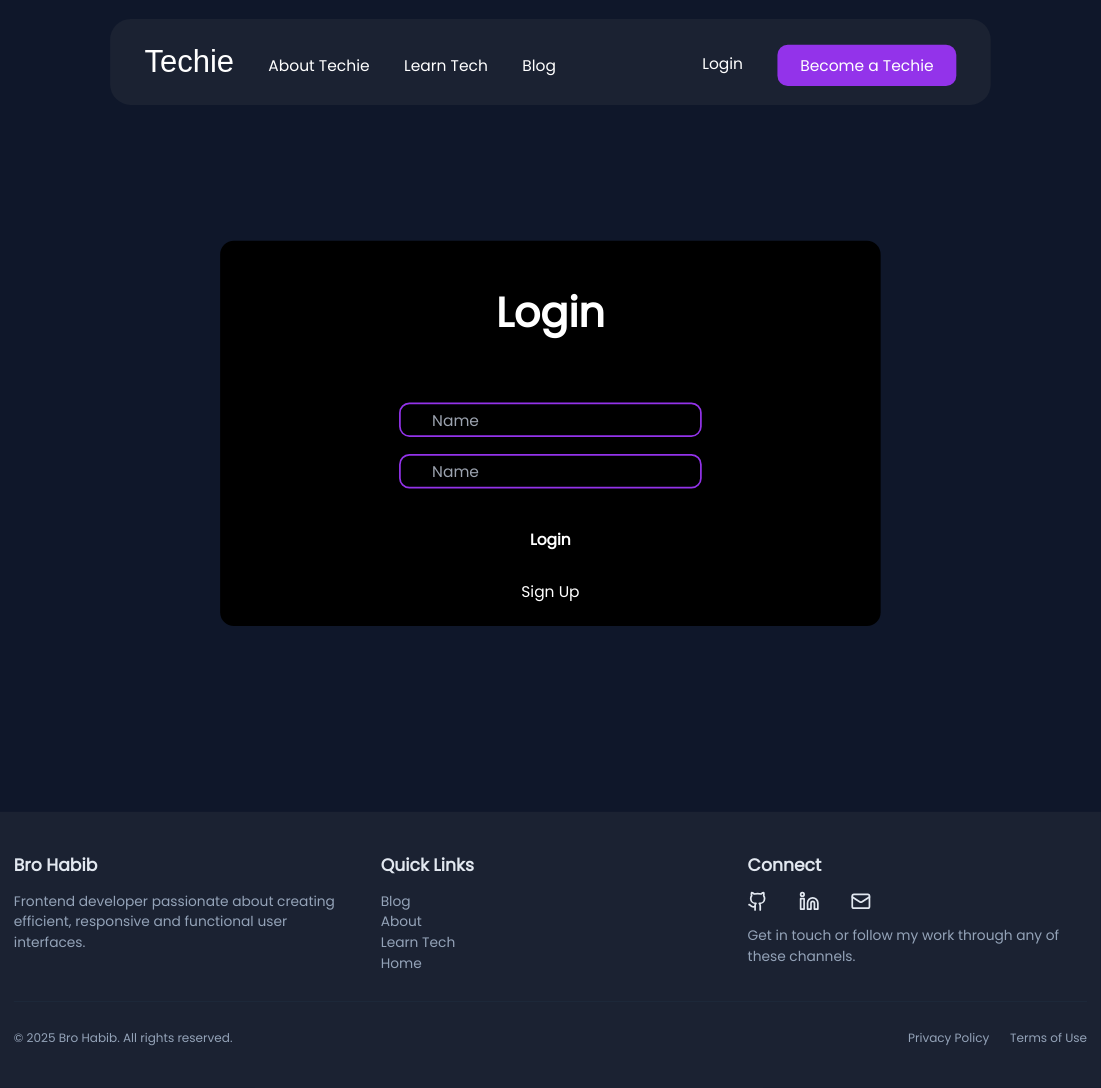
Repository: asadullah48/data-fetch
Page: /login
These files come from the project's save history. The page is drawn as it stood at one moment and after the next save; the edit follows.
The browser window is 1280 px wide. The pictures show the whole page, at 86% of full size.
Some web fonts or font styles are not loaded; a fallback is used. The project was rebuilt for these pictures with package versions that can differ from the ones it lists, and the page was loaded fresh each time. The framework's server and built-in components were replaced by stand-ins that run in the browser. Also part of the build but not shown: next.config.mjs.

Above is the page before, as saved 2025-01-15 12:56:13.

### src/app/layout.tsx
import type { Metadata } from "next";
import localFont from "next/font/local";
import "./globals.css";
import Navbar from "@/components/Navbar";
import { Poppins } from "next/font/google"
import Footer from "@/components/Footer";


const poppins = Poppins({
  subsets: ['latin'],
  weight: '400'
})

const geistSans = localFont({
  src: "./fonts/GeistVF.woff",
  variable: "--font-geist-sans",
  weight: "100 900",
});
const geistMono = localFont({
  src: "./fonts/GeistMonoVF.woff",
  variable: "--font-geist-mono",
  weight: "100 900",
});

export const metadata: Metadata = {
  title: "Data Fetching",
  description: "Data Fetching in a CSR and SSR",
};

export default function RootLayout({
  children,
}: Readonly<{
  children: React.ReactNode;
}>) {
  return (
    <html lang="en">
      <body
        className={`${geistSans.variable} ${geistMono.variable} ${poppins.className} bg-[#0f172a] text-white antialiased overflow-x-hidden`}
      >
        <Navbar />
        {children}
        <Footer/>
      </body>
    </html>
  );
}

### src/app/login/page.tsx
import Link from "next/link";

export default function LoginPage() {
    return (
        <div className="w-screen h-screen flex items-center justify-center  text-white ">
            <div className="flex flex-col justify-center items-center w-[300px]
            min-[600px]:w-[60%]  bg-black p-5 rounded-2xl">

                <h1 className="text-5xl text-white font-extrabold mt-10 mb-20">Login</h1>
                <form className="w-full flex flex-col justify-center items-center">
                    {/* inputs */}
                    <div className="w-full flex flex-col justify-center items-center gap-5">
                        <input id="name" type="text" name="name" placeholder="Name" className="outline-none bg-transparent w-[85%] md:w-[352px] h-[40px] border-[2px] border-PrimaryPurple rounded-xl text-white text-lg pl-[5%]" />

                        <input id="name" type="text" name="name" placeholder="Name" className="outline-none bg-transparent w-[85%] md:w-[352px] h-[40px] border-[2px] border-PrimaryPurple rounded-xl text-white text-lg pl-[5%]" />
                    </div>

                    {/* buttons */}
                    <div className="w-full flex flex-col justify-center items-center gap-5 mt-10">
                        <button type="submit" className="w-[90%] md:w-[352px] h-[40px] bg-StrongBlue text-white  md:text-lg font-bold rounded-xl">
                            Login
                        </button>

                        <Link href={"/signup"} className="w-[90%] md:w-[352px] ">
                            <button className="w-full  h-[40px] bg- text-white text-sm md:text-lg  rounded-xl">
                                Sign Up
                            </button>
                        </Link>
                    </div>
                </form>
            </div>
        </div>
    )
}

### src/app/globals.css
@tailwind base;
@tailwind components;
@tailwind utilities;

body {
  font-family: Arial, Helvetica, sans-serif;
}

@layer utilities {
  .text-balance {
    text-wrap: balance;
  }
}

@layer base {
  :root {
    --background: 0 0% 100%;
    --foreground: 20 14.3% 4.1%;
    --card: 0 0% 100%;
    --card-foreground: 20 14.3% 4.1%;
    --popover: 0 0% 100%;
    --popover-foreground: 20 14.3% 4.1%;
    --primary: 24 9.8% 10%;
    --primary-foreground: 60 9.1% 97.8%;
    --secondary: 60 4.8% 95.9%;
    --secondary-foreground: 24 9.8% 10%;
    --muted: 60 4.8% 95.9%;
    --muted-foreground: 25 5.3% 44.7%;
    --accent: 60 4.8% 95.9%;
    --accent-foreground: 24 9.8% 10%;
    --destructive: 0 84.2% 60.2%;
    --destructive-foreground: 60 9.1% 97.8%;
    --border: 20 5.9% 90%;
    --input: 20 5.9% 90%;
    --ring: 20 14.3% 4.1%;
    --chart-1: 12 76% 61%;
    --chart-2: 173 58% 39%;
    --chart-3: 197 37% 24%;
    --chart-4: 43 74% 66%;
    --chart-5: 27 87% 67%;
    --radius: 0.5rem;
  }
  .dark {
    --background: 20 14.3% 4.1%;
    --foreground: 60 9.1% 97.8%;
    --card: 20 14.3% 4.1%;
    --card-foreground: 60 9.1% 97.8%;
    --popover: 20 14.3% 4.1%;
    --popover-foreground: 60 9.1% 97.8%;
    --primary: 60 9.1% 97.8%;
    --primary-foreground: 24 9.8% 10%;
    --secondary: 12 6.5% 15.1%;
    --secondary-foreground: 60 9.1% 97.8%;
    --muted: 12 6.5% 15.1%;
    --muted-foreground: 24 5.4% 63.9%;
    --accent: 12 6.5% 15.1%;
    --accent-foreground: 60 9.1% 97.8%;
    --destructive: 0 62.8% 30.6%;
    --destructive-foreground: 60 9.1% 97.8%;
    --border: 12 6.5% 15.1%;
    --input: 12 6.5% 15.1%;
    --ring: 24 5.7% 82.9%;
    --chart-1: 220 70% 50%;
    --chart-2: 160 60% 45%;
    --chart-3: 30 80% 55%;
    --chart-4: 280 65% 60%;
    --chart-5: 340 75% 55%;
  }
}

@layer base {
  * {
    @apply border-border;
  }
  body {
    @apply bg-background text-foreground;
  }
}

### src/components/Navbar.tsx
"use client"
import { useState } from 'react';
import { Agbalumo } from "next/font/google"
import Link from "next/link"

const agbalumo = Agbalumo({
    subsets: ['latin'],
    weight: '400'
})


export default function Navbar() {
    const [isMenuOpen, setIsMenuOpen] = useState(false);

    const toggleMenu = () => setIsMenuOpen(!isMenuOpen);

    return (
        <div className="h-[144px] w-screen flex justify-center items-center">
            <div className="h-[100px] w-full relative md:w-[80%] md:rounded-3xl bg-[#1b2232] text-white flex justify-between items-center px-10">
                {/* Logo and Links */}
                <div className="flex justify-center items-center gap-10">
                <Link href={"/"}>
                    <h1 className={`${agbalumo.className} text-4xl`}>Techie</h1>
                </Link>

                    <div className="hidden lg:flex gap-10">
                        <Link href={"/about"} className="text-lg mt-2">About Techie</Link>
                        <Link href={"/learnTech"} className="text-lg mt-2">Learn Tech</Link>
                        <Link href={"/blog"} className="text-lg mt-2">Blog</Link>
                    </div>
                </div>

                {/* Navbar Buttons */}
                <div className="hidden md:flex gap-10">
                    <Link href={"/login"} className="text-lg mt-4">Login</Link>
                    <Link href={"/signup"} className="text-lg mt-2 h-12 bg-PrimaryPurple flex justify-center items-center w-52 rounded-xl">Become a Techie</Link>
                </div>

                {/* Hamburger Menu for Mobile */}
                <div className="lg:hidden flex items-center gap-4">
                    {/* <h1 className="font-bold text-4xl">Techie</h1> */}
                    <button onClick={toggleMenu} className="text-white text-2xl">
                        {/* Hamburger Icon */}
                        {isMenuOpen ? 'X' : '☰'}
                    </button>
                </div>
            </div>

            {/* Dropdown Menu for Mobile */}
            {isMenuOpen && (
                <div className='z-50 h-screen fixed top-1/4 w-full flex justify-center items-center bg-[#1b2232]/70 backdrop-blur-md '>
                <div className=" lg:hidden  text-white  text-center py-4 flex flex-col justify-center items-start gap-5">
                    <Link href={"/about"} onClick={()=> setIsMenuOpen(false)} className="block text-lg mt-2">About Techie</Link>
                    <Link href={"/learnTech"} onClick={()=> setIsMenuOpen(false)} className="block text-lg mt-2">Learn Tech</Link>
                    <Link href={"/blog"} onClick={()=> setIsMenuOpen(false)} className="block text-lg mt-2">Blog</Link>
                    <Link href={"/login"} onClick={()=> setIsMenuOpen(false)} className="block text-lg mt-2">Login</Link>
                    <Link href={"/signup"} onClick={()=> setIsMenuOpen(false)} className=" text-lg mt-2 h-12 bg-PrimaryPurple flex justify-start pl-2 items-center w-52 rounded-xl">Become a Techie</Link>
                </div>
                </div>
            )}
        </div>
    )
}

### src/components/Footer.tsx
import React from 'react'
import { Github,  Linkedin, Mail } from 'lucide-react';
import Link from 'next/link';
export default function Footer() {
  const currentYear = new Date().getFullYear();

  return (
    <div className="bg-[#1b2232] mt-20 text-slate-200 py-12 ">
      <div className="container mx-auto px-4">
        {/* Main Footer Content */}
        <div className="grid grid-cols-1 md:grid-cols-3 gap-8 mb-8">
          {/* About Section */}
          <div>
            <h3 className="text-xl font-semibold mb-4">Bro Habib</h3>
            <p className="text-slate-400 mb-4">
              Frontend developer passionate about creating efficient, responsive and functional user interfaces.
            </p>
          </div>

          {/* Quick Links */}
          <div>
            <h3 className="text-xl font-semibold mb-4">Quick Links</h3>
            <ul className="space-y-2 text-slate-400">
              <Link href="/blog" className="hover:text-slate-200 transition-colors"><li>Blog</li>
              </Link>
              <Link href="/about" className="hover:text-slate-200 transition-colors"><li>About</li>
              </Link>
              <Link href="/learnTech" className="hover:text-slate-200 transition-colors"><li>Learn Tech</li>
              </Link>
              <Link href="/" className="hover:text-slate-200 transition-colors"><li>Home</li>
              </Link>
            </ul>
          </div>

          {/* Connect Section */}
          <div>
            <h3 className="text-xl font-semibold mb-4">Connect</h3>
            <div className="flex space-x-4 mb-4 gap-5">
              <Link href="https://github.com/Habib-bhai" className="hover:text-slate-200 transition-colors">
                <Github size={24} />
              </Link>

              <Link href="https://www.linkedin.com/in/habib007ab92282/" className="hover:text-slate-200 transition-colors">
                <Linkedin size={24} />
              </Link>

              <Link href="mailto:habibahmed918131@gmail.com" className="hover:text-slate-200 transition-colors">
                <Mail size={24} />
              </Link>

            </div>
            <p className="text-slate-400">
              Get in touch or follow my work through any of these channels.
            </p>
          </div>
        </div>

        {/* Bottom Bar */}
        <div className="pt-8 border-t border-slate-800">
          <div className="flex flex-col md:flex-row justify-between items-center space-y-4 md:space-y-0">
            <p className="text-slate-400 text-sm">
              © {currentYear} Bro Habib. All rights reserved.
            </p>
            <div className="flex space-x-6 text-sm text-slate-400">
              <a href="/privacy" className="hover:text-slate-200 transition-colors">Privacy Policy</a>
              <a href="/terms" className="hover:text-slate-200 transition-colors">Terms of Use</a>
            </div>
          </div>
        </div>
      </div>
    </div>
  )
}

### tailwind.config.ts
import type { Config } from "tailwindcss";

const config: Config = {
	darkMode: ["class"],
	content: [
		"./src/pages/**/*.{js,ts,jsx,tsx,mdx}",
		"./src/components/**/*.{js,ts,jsx,tsx,mdx}",
		"./src/app/**/*.{js,ts,jsx,tsx,mdx}",
	],
	theme: {
		extend: {

			animation: {
				'spin-slow': 'spin 3s linear infinite',
				orbit: 'orbit 1.5s linear infinite',
				// dash: 'dash 2s ease-in-out infinite',
				float: 'float 6s ease-in-out infinite',
				wave: 'wave 8s linear infinite',
				bounce: 'bounce 2s infinite',
			},
			keyframes: {
				orbit: {
					'0%': { transform: 'rotate(0deg) translateX(30px) rotate(0deg)' },
					'100%': { transform: 'rotate(360deg) translateX(30px) rotate(-360deg)' },
				},
				dash: {
					'0%': { strokeDashoffset: '880px' },
					'100%': { strokeDashoffset: '0px' },
				},
				float: {
					'0%, 100%': { transform: 'translateY(-10px)' },
					'50%': { transform: 'translateY(10px)' },
				  },
				  wave: {
					'0%': { transform: 'translateX(100%)' },
					'100%': { transform: 'translateX(-100%)' },
				  },
			},
			colors: {
				background: 'hsl(var(--background))',
				PrimaryPurple: '#9333EA',
				foreground: 'hsl(var(--foreground))',
				card: {
					DEFAULT: 'hsl(var(--card))',
					foreground: 'hsl(var(--card-foreground))'
				},
				popover: {
					DEFAULT: 'hsl(var(--popover))',
					foreground: 'hsl(var(--popover-foreground))'
				},
				primary: {
					DEFAULT: 'hsl(var(--primary))',
					foreground: 'hsl(var(--primary-foreground))'
				},
				secondary: {
					DEFAULT: 'hsl(var(--secondary))',
					foreground: 'hsl(var(--secondary-foreground))'
				},
				muted: {
					DEFAULT: 'hsl(var(--muted))',
					foreground: 'hsl(var(--muted-foreground))'
				},
				accent: {
					DEFAULT: 'hsl(var(--accent))',
					foreground: 'hsl(var(--accent-foreground))'
				},
				destructive: {
					DEFAULT: 'hsl(var(--destructive))',
					foreground: 'hsl(var(--destructive-foreground))'
				},
				border: 'hsl(var(--border))',
				input: 'hsl(var(--input))',
				ring: 'hsl(var(--ring))',
				chart: {
					'1': 'hsl(var(--chart-1))',
					'2': 'hsl(var(--chart-2))',
					'3': 'hsl(var(--chart-3))',
					'4': 'hsl(var(--chart-4))',
					'5': 'hsl(var(--chart-5))'
				}
			},
			borderRadius: {
				lg: 'var(--radius)',
				md: 'calc(var(--radius) - 2px)',
				sm: 'calc(var(--radius) - 4px)'
			}
		}
	},
	plugins: [require("tailwindcss-animate")],
};
export default config;

After the next save:
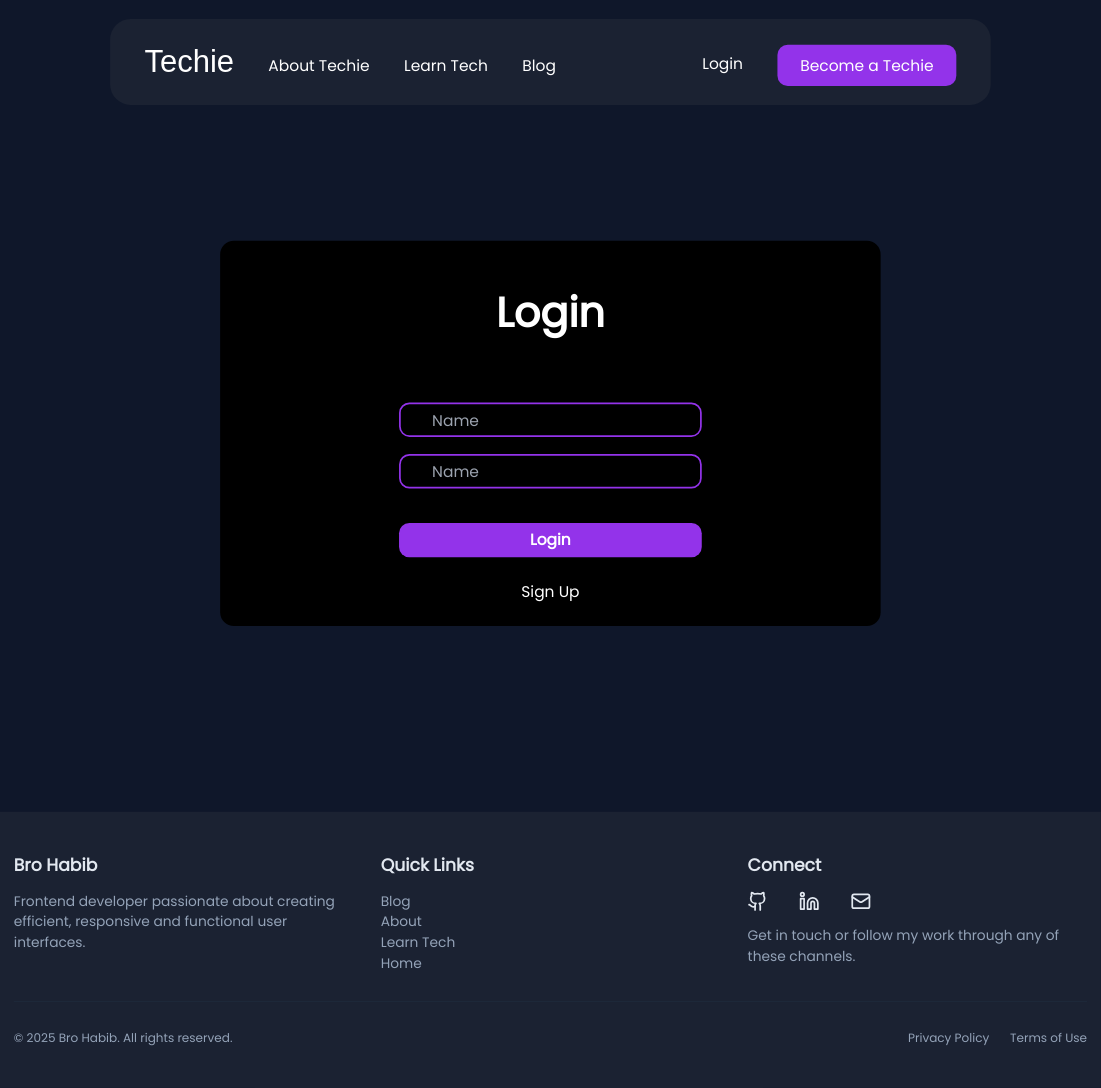
Saved 12 s later.
--- a/src/app/login/page.tsx
+++ b/src/app/login/page.tsx
@@ -17,12 +17,12 @@ export default function LoginPage() {
 
                     {/* buttons */}
                     <div className="w-full flex flex-col justify-center items-center gap-5 mt-10">
-                        <button type="submit" className="w-[90%] md:w-[352px] h-[40px] bg-StrongBlue text-white  md:text-lg font-bold rounded-xl">
+                        <button type="submit" className="w-[90%] md:w-[352px] h-[40px] bg-PrimaryPurple text-white  md:text-lg font-bold rounded-xl">
                             Login
                         </button>
 
                         <Link href={"/signup"} className="w-[90%] md:w-[352px] ">
-                            <button className="w-full  h-[40px] bg- text-white text-sm md:text-lg  rounded-xl">
+                            <button className="w-full  h-[40px] bg-StrongBlue text-white text-sm md:text-lg  rounded-xl">
                                 Sign Up
                             </button>
                         </Link>
